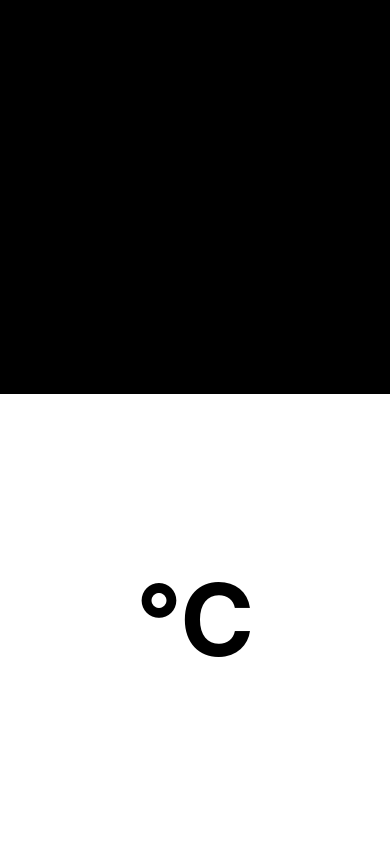
Repository: NewTurn2017/React-Native-Weather-App
Screen: /
The author's editor kept a copy of each file at every save. The screen is drawn from the files as they stood at one save, then again after the next save.
The app was drawn by React Native's web renderer in a window 390 px wide. The project was rebuilt for these pictures with package versions that can differ from the ones it lists, and the page was loaded fresh each time.

Above is the screen before, as saved 2023-04-21 12:24:59.

### App.js
import { StatusBar } from 'expo-status-bar'
import { View, Text, StyleSheet, ScrollView, Dimensions } from 'react-native'
import React, { useState, useEffect } from 'react'
import * as Location from 'expo-location'
import axios from 'axios'

const { width: SCREEN_WIDTH } = Dimensions.get('window')

export default function App() {
  const [city, setCity] = useState('')
  const [temperature, setTemperature] = useState('')
  const [description, setDescription] = useState('')

  useEffect(() => {
    getLocationAsync()
  }, [])

  const getLocationAsync = async () => {
    try {
      let { status } = await Location.requestForegroundPermissionsAsync()

      if (status !== 'granted') {
        console.log('Permission to access location was denied')
        return
      }

      let location = await Location.getCurrentPositionAsync({})
      let { latitude, longitude } = location.coords
      const API_KEY = '826d7a44b198cf8c95e55967b086ae22'
      const { data } = await axios.get(
        `https://api.openweathermap.org/data/2.5/weather?lat=${latitude}&lon=${longitude}&appid=${API_KEY}&units=metric`
      )

      setCity(data.name)
      setTemperature(data.main.temp)
      setDescription(data.weather[0].description)
    } catch (error) {
      console.log(error)
    }
  }

  return (
    <View style={styles.container}>
      <StatusBar style="light" />
      <View style={styles.city}>
        <Text style={styles.cityName}>{city}</Text>
      </View>

      <ScrollView
        pagingEnabled
        horizontal
        showsVerticalScrollIndicator={false}
        contentContainerStyle={styles.weather}
      >
        <View style={styles.day}>
          <Text style={styles.temp}>{temperature}°C</Text>
          <Text style={styles.description}>{description}</Text>
        </View>
      </ScrollView>
    </View>
  )
}

const styles = StyleSheet.create({
  container: {
    flex: 1,
    backgroundColor: 'black',
  },
  cityName: {
    color: 'white',
    fontSize: 68,
    fontWeight: 'bold',
  },
  city: {
    flex: 1.2,
    backgroundColor: 'black',
    alignItems: 'center',
    justifyContent: 'center',
  },
  weather: {
    backgroundColor: 'white',
    alignItems: 'center',
  },
  day: {
    width: SCREEN_WIDTH,
    alignItems: 'center',
  },
  temp: {
    color: 'black',
    fontSize: 100,
    fontWeight: 'bold',
  },
  description: {
    color: 'black',
    fontSize: 40,
    fontWeight: 'bold',
  },
})

After the next save:
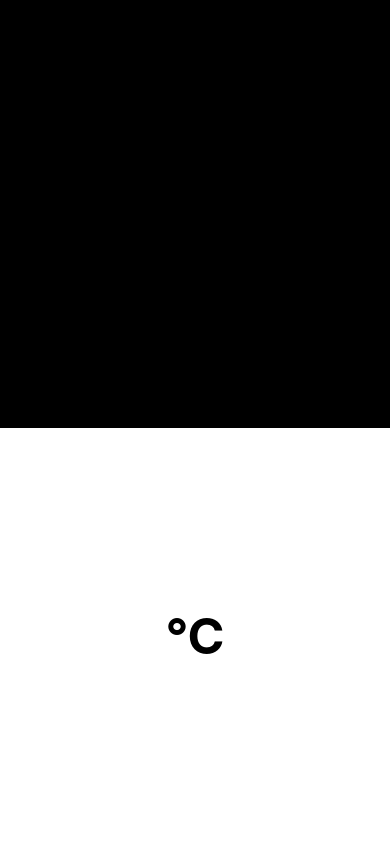
Saved 4 s later.
--- a/App.js
+++ b/App.js
@@ -87,7 +87,7 @@ const styles = StyleSheet.create({
   },
   temp: {
     color: 'black',
-    fontSize: 100,
+    fontSize: 50,
     fontWeight: 'bold',
   },
   description: {
